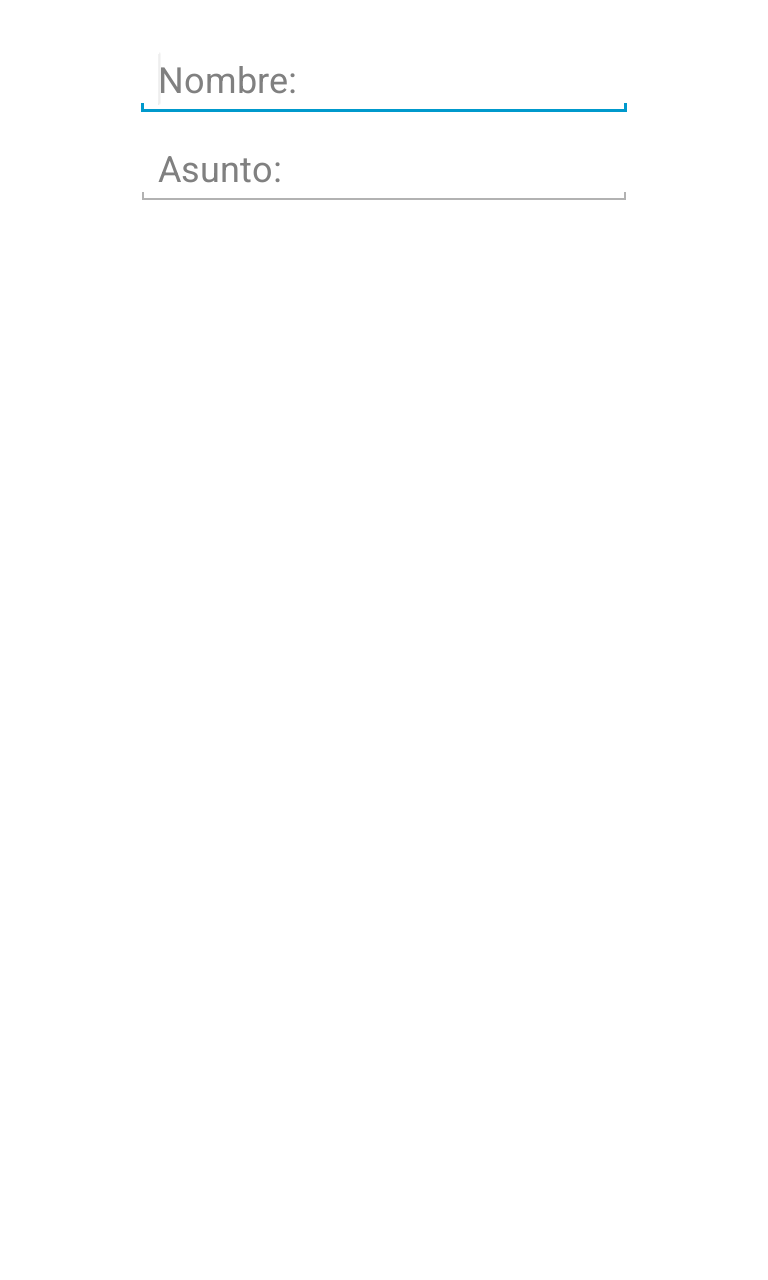
Repository: armandobs94/Dental.App
Layout: AplicacionMovil/DentalApp/Dental.App/res/layout/layout_contacto.xml
These files come from the project's save history. The layout is drawn as it stood at one moment and after the next save; the edit follows.
It is drawn on a 768 x 1280 px phone screen (xhdpi) without system bars, with theme AppTheme; the app's code is not run.

Above is the layout before, as saved 2015-06-13 03:35:58.

### AplicacionMovil/DentalApp/Dental.App/res/layout/layout_contacto.xml
<?xml version="1.0" encoding="utf-8"?>
<RelativeLayout xmlns:android="http://schemas.android.com/apk/res/android"
    android:layout_width="match_parent"
    android:layout_height="match_parent" >

    <ScrollView
        android:id="@+id/scrollView1"
        android:layout_width="wrap_content"
        android:layout_height="wrap_content"
        android:layout_alignParentBottom="true"
        android:layout_alignParentLeft="true"
        android:layout_alignParentRight="true"
        android:layout_alignParentTop="true" >

        <LinearLayout
            android:layout_width="match_parent"
            android:layout_height="60dp"
            android:layout_marginTop="20dp"
            android:orientation="vertical" >

            <EditText
                android:id="@+id/editText1"
                android:hint="@string/campoNombre"
                android:layout_width="250dp"
                android:layout_height="wrap_content"
                android:layout_gravity="center_horizontal"
                android:ems="10" >

                <requestFocus />
            </EditText>

            <EditText
                android:id="@+id/editText2"
                android:layout_width="250dp"
                android:layout_height="wrap_content"
                android:layout_gravity="center_horizontal"
                android:ems="10"
                android:layout_marginTop="5dp"
                android:hint="@string/campoAsunto" />

        </LinearLayout>
    </ScrollView>

</RelativeLayout>

### AplicacionMovil/DentalApp/Dental.App/res/values/strings.xml
<?xml version="1.0" encoding="utf-8"?>
<resources>

    <string name="app_name">Dental.App</string>
    <string name="action_settings">Configuración</string>
    <string name="hello_world">Hello world!</string>
    <string name="Usuario">Usuario:</string>
    <string name="Contra">Contraseña:</string>
    <string name="Entrar">Entrar</string>
    <string name="campoNombre">Nombre:</string>
    <string name="campoAsunto">Asunto:</string>
    <string name="campoComentario">Ingresa tu comentario aquí:</string>
    <string name="campo_cita">Tu cita es:</string>
    <string name="campoHorario">Horario:</string>
    <string name="botonEnviar">Enviar</string>
    <string name="titleContacto">Contacto</string>
    <item name="Contacto" type="id"/>
    <string name="titlePago">Pago</string>
    <item name="Pagar" type="id"/>

</resources>

Loaded but not shown: AplicacionMovil/DentalApp/Dental.App/res/values/styles.xml (common file); AplicacionMovil/DentalApp/Dental.App/res/values-v11/styles.xml (common file); AplicacionMovil/DentalApp/Dental.App/res/values-v14/styles.xml (common file)

After the next save:
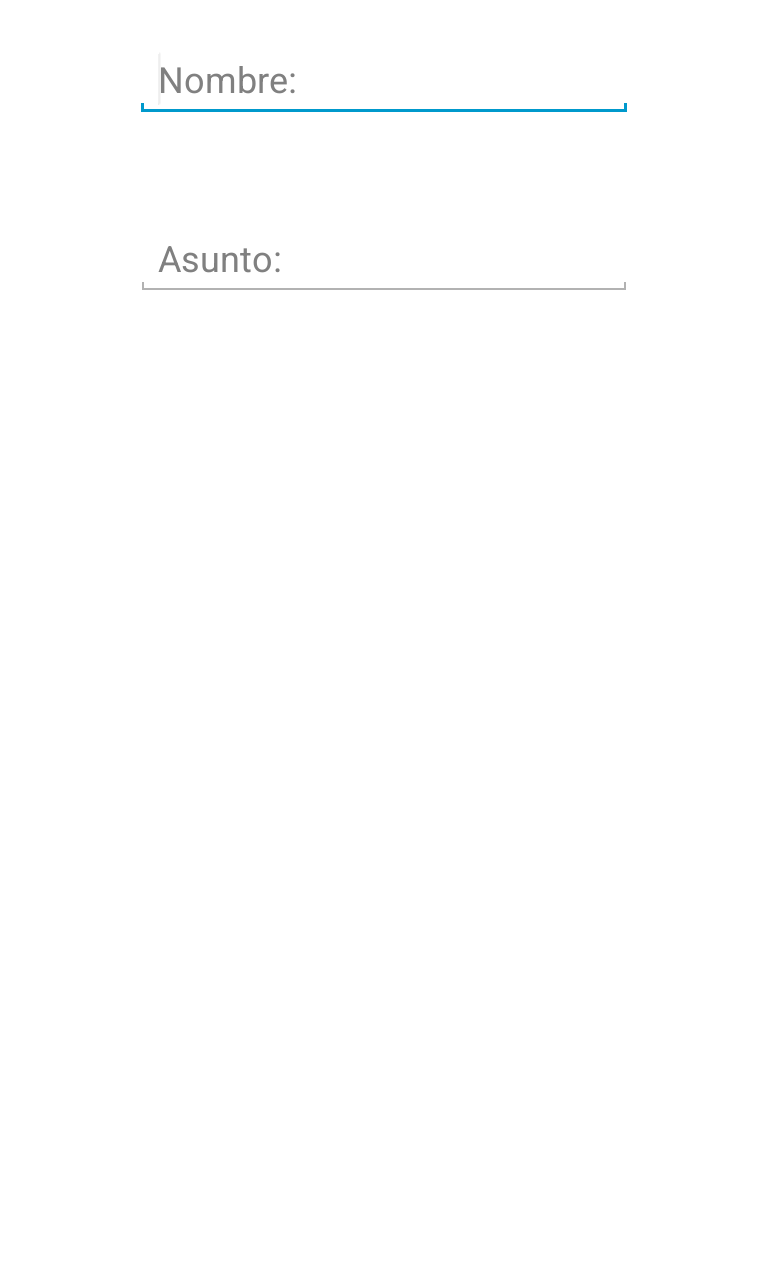
Saved 8 s later.
--- a/AplicacionMovil/DentalApp/Dental.App/res/layout/layout_contacto.xml
+++ b/AplicacionMovil/DentalApp/Dental.App/res/layout/layout_contacto.xml
@@ -35,7 +35,7 @@
                 android:layout_height="wrap_content"
                 android:layout_gravity="center_horizontal"
                 android:ems="10"
-                android:layout_marginTop="5dp"
+                android:layout_marginTop="50dp"
                 android:hint="@string/campoAsunto" />
 
         </LinearLayout>
